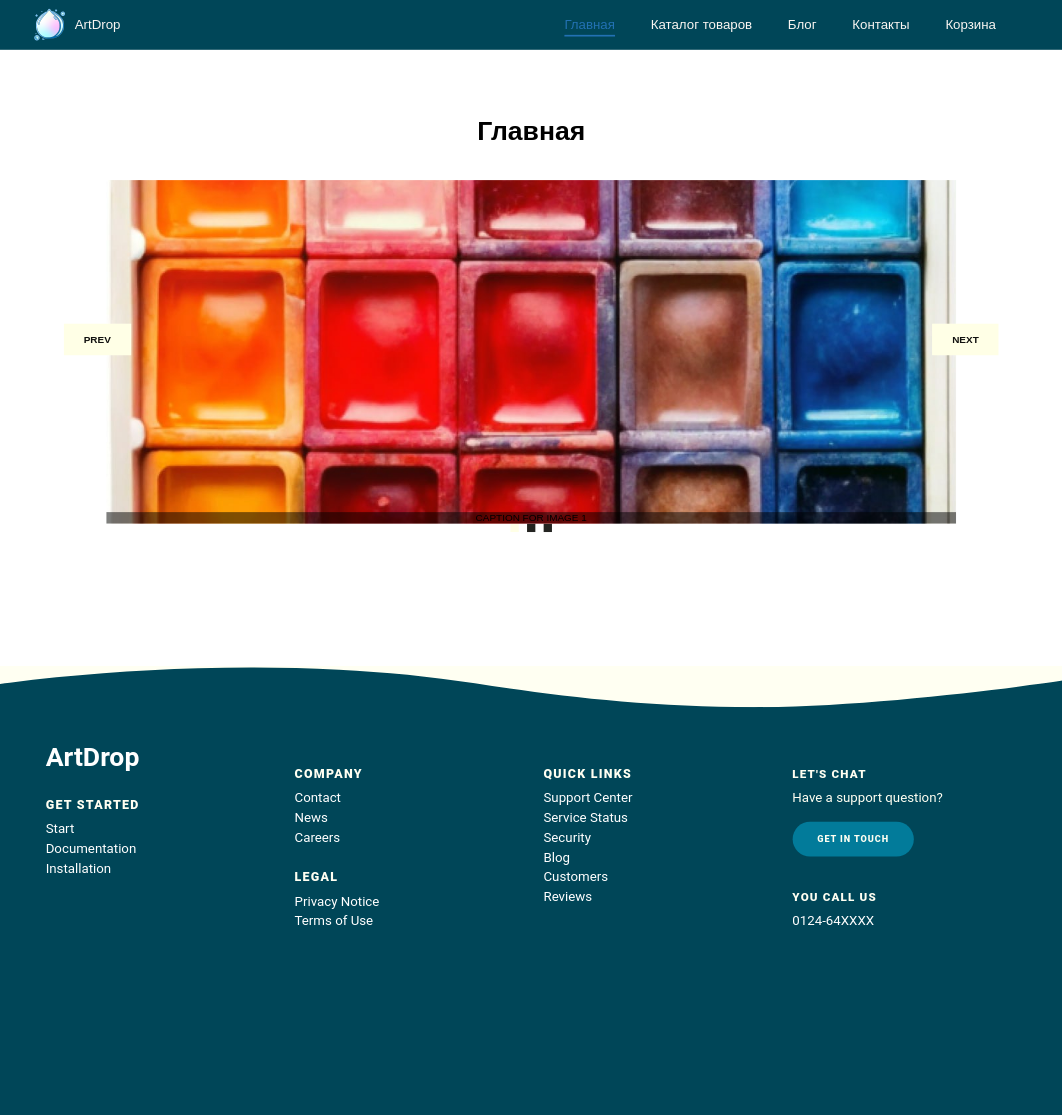
Repository: mnats725/art-drop
Page: index.html
An editor plug-in stored every save of this project. The page is shown before and after a run of saves, followed by the edit.
The browser window is 1280 px wide. The pictures show the whole page, at 83% of full size.

Above is the page before, as saved 2024-05-20 20:58:13.

After the next 2 saves:
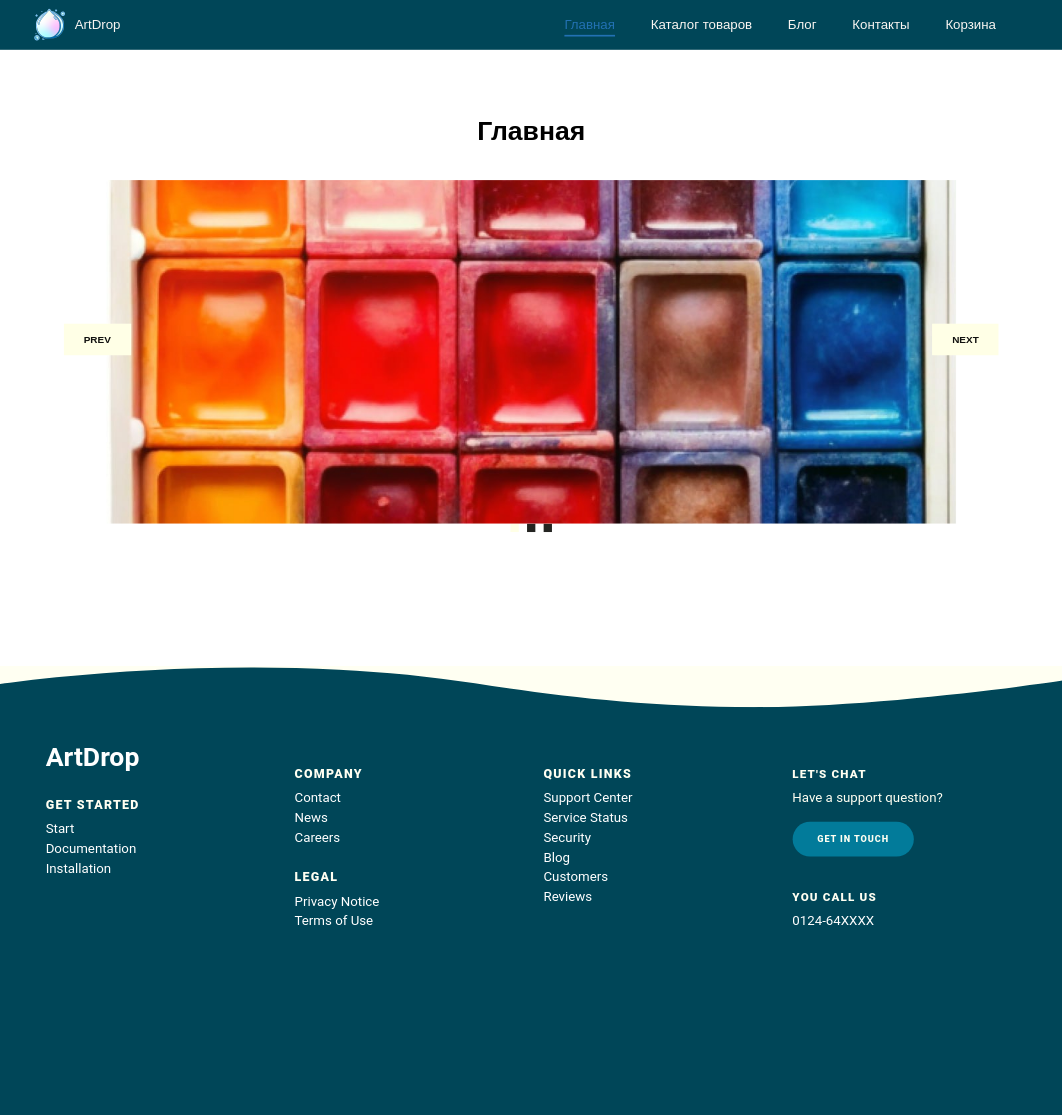
The 2 saves are shown as one change because they came seconds apart.
The last was saved 15 s later.
--- a/index.html
+++ b/index.html
@@ -42,15 +42,15 @@
             <div class="carousel">
               <div class="item active">
                 <img src="./assets/img/colores/photo_1_2024-05-20_20-57-42.jpg" alt="Image 1" />
-                <p class="caption">Caption for Image 1</p>
+
               </div>
               <div class="item">
                 <img src="https://bit.ly/3lkp5DW" alt="Image 2" />
-                <p class="caption">Caption for Image 2</p>
+
               </div>
               <div class="item">
                 <img src="https://bit.ly/3iMHuI1" alt="Image 3" />
-                <p class="caption">Caption for Image 3</p>
+
               </div>
             </div>
             <button class="btn prev">Prev</button>
